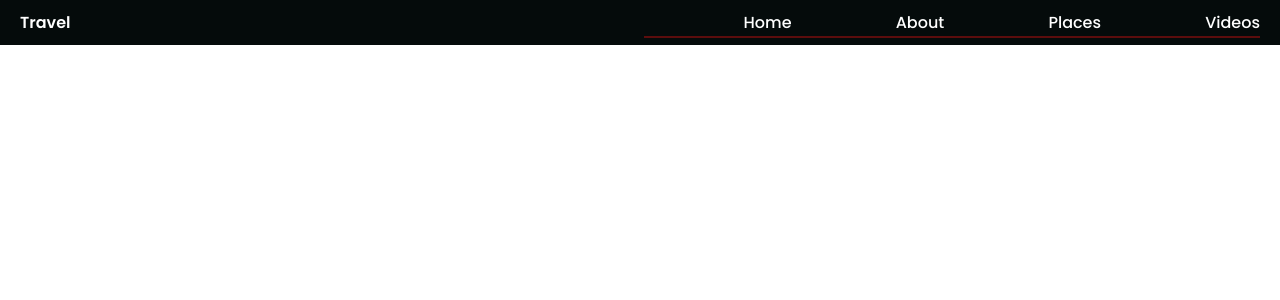
Repository: OmniaRafat232111121/Traveling
Page: index.html
The author's editor kept a copy of each file at every save. The page is drawn from the files as they stood at one save, then again after the next save.
The browser window is 1280 px wide. The pictures show the whole page.

Above is the page before, as saved 2022-12-19 22:30:22.

### index.html
<!DOCTYPE html>
<html lang="en">
<head>
    <meta charset="UTF-8">
    <meta http-equiv="X-UA-Compatible" content="IE=edge">
    <meta name="viewport" content="width=device-width, initial-scale=1.0">
    <title>Travel Css</title>
    <link rel="stylesheet" href="css/style.css">
</head>
<body>
    <!--navbar-->
    <header class="header">
        <div class="logo">
        <a href="index.html" >Travel</a>
        </div>
        <div class="'bx bx-menu" id="menu-icon"></div>
        <nav>
            <ul>
                <li><a href="index.html">Home</a></li>
                <li><a href="#about">About</a></li>
                <li><a href="#places">Places</a></li>
                <li><a href="#viedo">Videos</a></li>
            </ul>
        </nav>

    </header>

</body>
</html>

### css/style.css
@import url('https://fonts.googleapis.com/css2?family=Be+Vietnam+Pro:wght@100&family=Inter:wght@100;300;400;500;600&family=Montserrat:wght@400;700&family=Nunito:ital,wght@0,200;0,300;1,200&family=Open+Sans:ital,wght@0,300;0,600;0,700;1,300&family=Poppins:ital,wght@0,200;0,300;0,500;0,600;0,800;0,900;1,100;1,200;1,300;1,500&family=Work+Sans:ital,wght@0,100;0,200;0,400;0,500;1,200;1,300&display=swap');
*{
    padding:0;
    margin:0;
    box-sizing: border-box;
    font-family: Poppins,'sans-serif';
    scroll-behavior: smooth;
}
:root{
    --text-color:#021f2a;
    --bf-color:#fff;
}
li{
    list-style: none;
}
a{
    text-decoration: none;
}
header{
    background-color: rgb(5, 11, 11);
    position:fixed;
    width:100%;
    top:0;
    left:0;
    right:0;
    display:flex;
    align-items: center;
    justify-content: space-between;
    padding:10px 20px;
}
nav ul li{
    display:inline-block;
    margin-left: 100px;

}
nav ul li a{
    color:#fff;
}
.logo a{
    font-size: 1rem;
    font-weight: 600;
    color:var(--bf-color)
}
nav {
    position: relative;
}
nav ul li a::after{
    content:" ";
    width:100%;
    height:2px;
    background-color:rgb(92, 13, 13);
    position: absolute;
    bottom: -3px;
    left:0;
    transition: 0.3s;


}
nav ul li a:hover::after{
 width:100px;
}

After the next save:
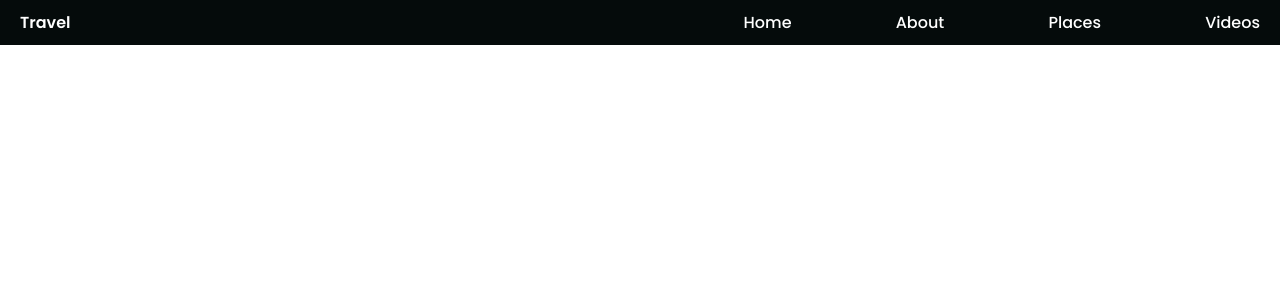
Saved 12 s later.
--- a/css/style.css
+++ b/css/style.css
@@ -46,7 +46,7 @@ nav {
 }
 nav ul li a::after{
     content:" ";
-    width:100%;
+    width:0%;
     height:2px;
     background-color:rgb(92, 13, 13);
     position: absolute;
